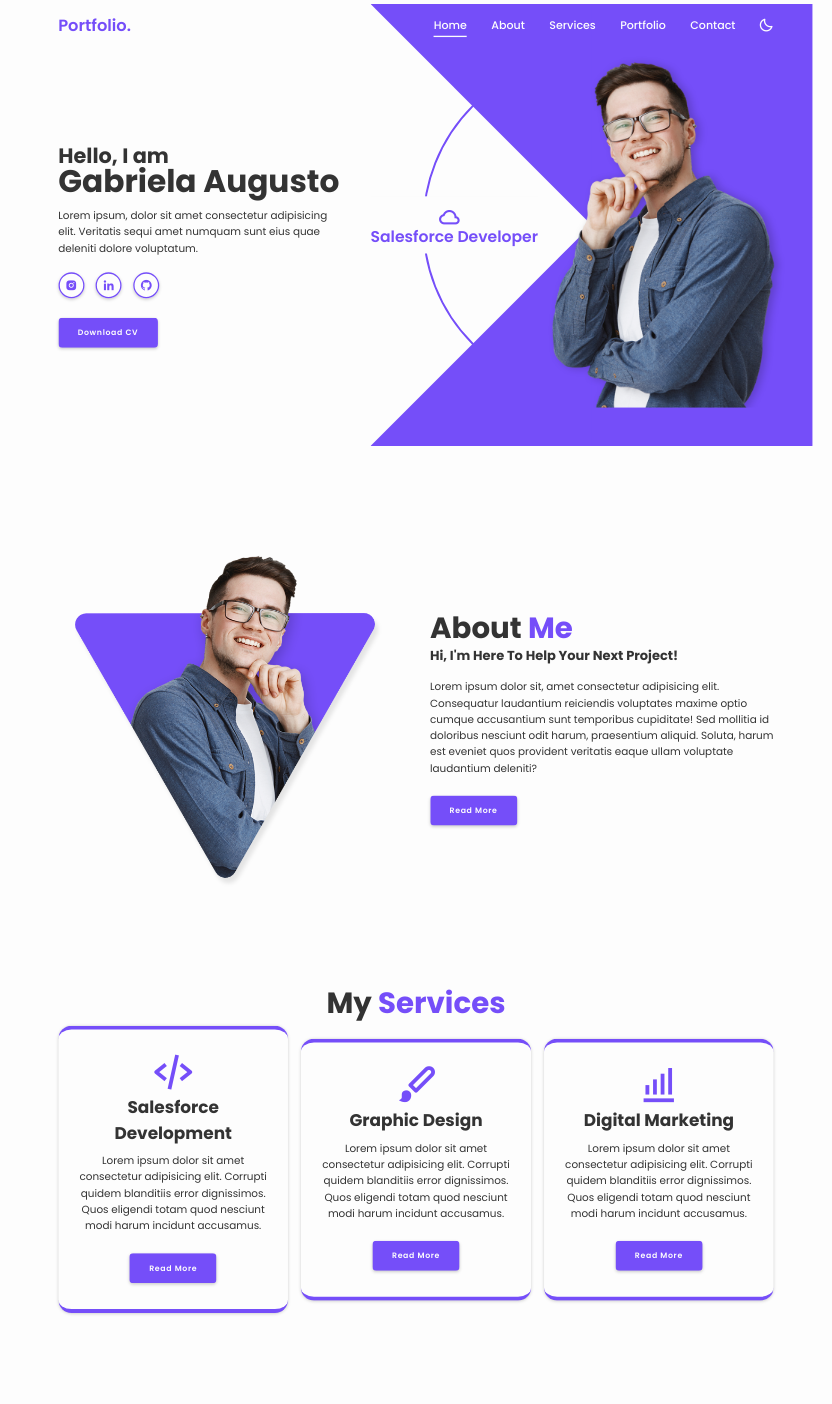
Repository: Gabi-Augusto/Portfolio
Page: index.html
These files come from the project's save history. The page is drawn as it stood at one moment and after the next save; the edit follows.
The browser window is 1280 px wide. The pictures show the whole page, at 65% of full size.

Above is the page before, as saved 2023-11-29 16:09:37.

After the next save:
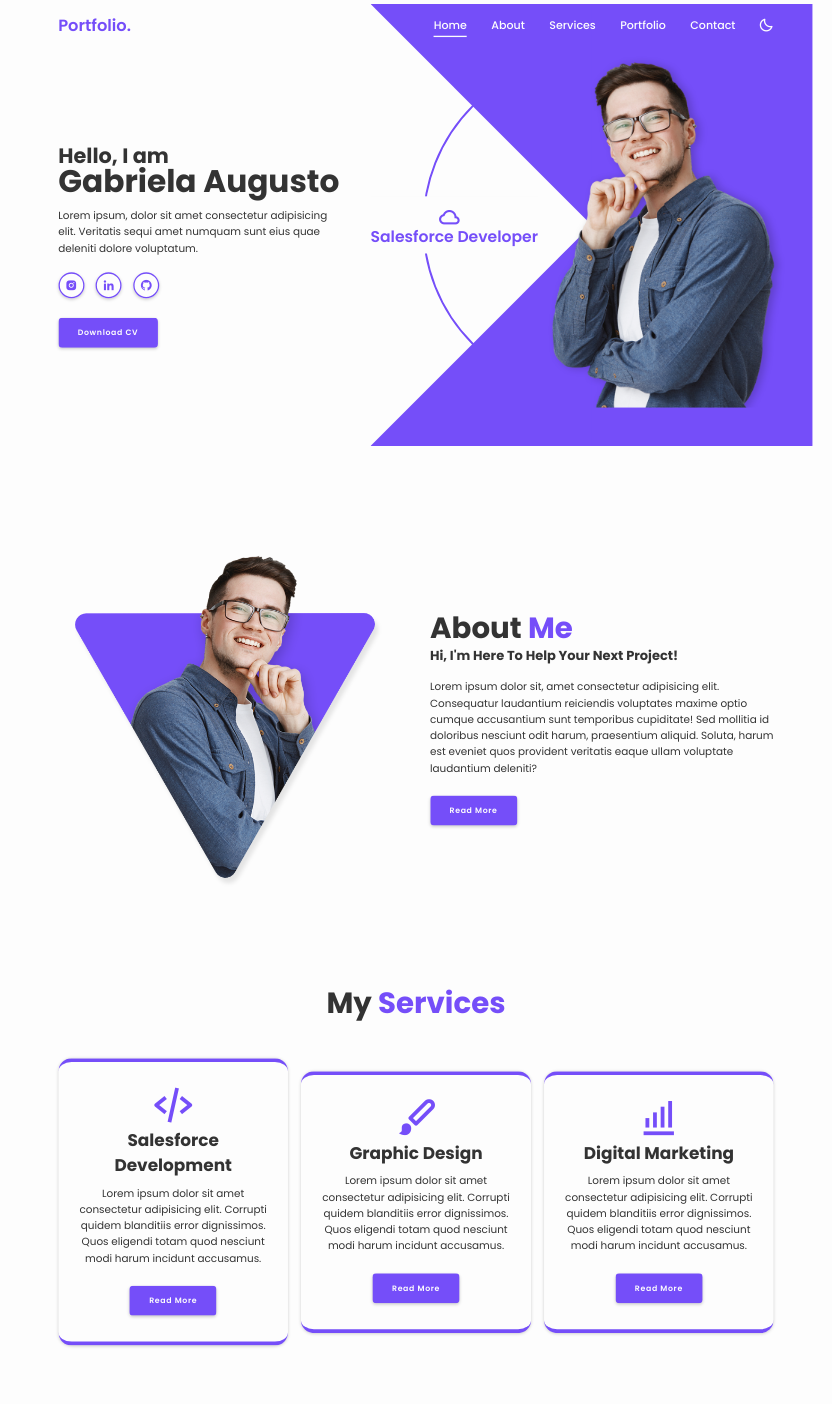
Saved 119 s later.
--- a/css/style.css
+++ b/css/style.css
@@ -285,6 +285,10 @@ span {
     margin: 2rem 0 3rem;
 }
 
+.services h2 {
+    margin-bottom: 5rem;
+}
+
 .services .services-container {
     display: flex;
     justify-content: center;
